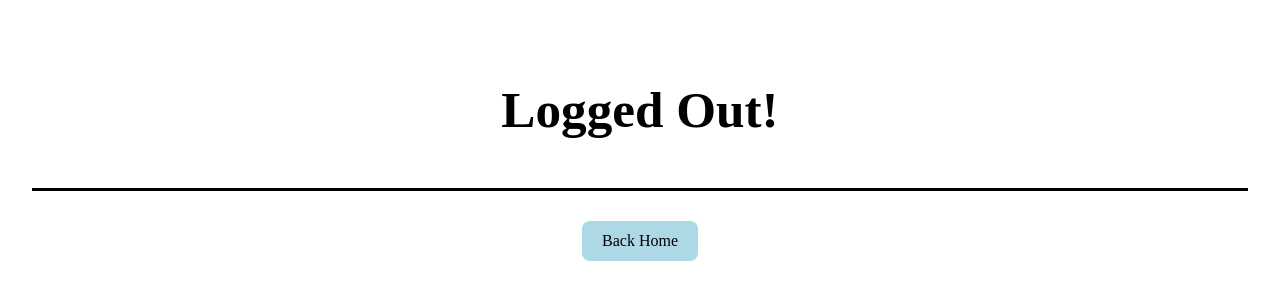
Repository: Andres513/CapStone
Page: /logout
An editor plug-in stored every save of this project. The page is shown before and after the next save, followed by the edit.
The browser window is 1280 px wide. The pictures show the whole page.
The project was rebuilt for these pictures with package versions that can differ from the ones it lists, and the page was loaded fresh each time. Also part of the build but not shown: vite.config.js, src/components/Login.jsx, src/components/Categories.jsx, src/components/Cart.jsx, src/components/FetchProducts.jsx, src/components/SingleProduct.jsx, src/components/ProductsByCategory.jsx, src/components/Checkout.jsx.

Above is the page before, as saved 2024-04-11 12:43:52.

After the next save:
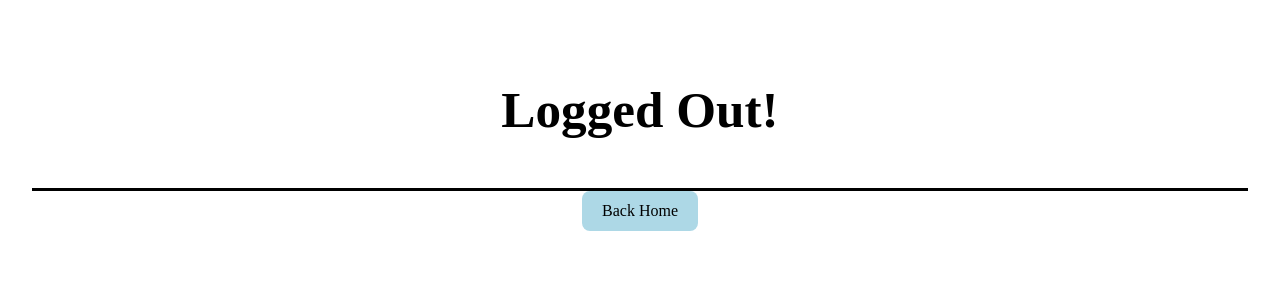
Saved 7 s later.
--- a/src/index.css
+++ b/src/index.css
@@ -13,7 +13,6 @@ h1 {
 }
 input {
   background-color: white;
-  margin-top: 30px;
 }
 img {
   width: 70%;
@@ -61,7 +60,7 @@ button {
   border-radius: 8px;
   border: 1px solid transparent;
   padding: 0.6em 1.2em;
-  margin-top: 30px;
+  margin-top: 0px;
   font-size: 1em;
   font-weight: 500;
   font-family: inherit;
